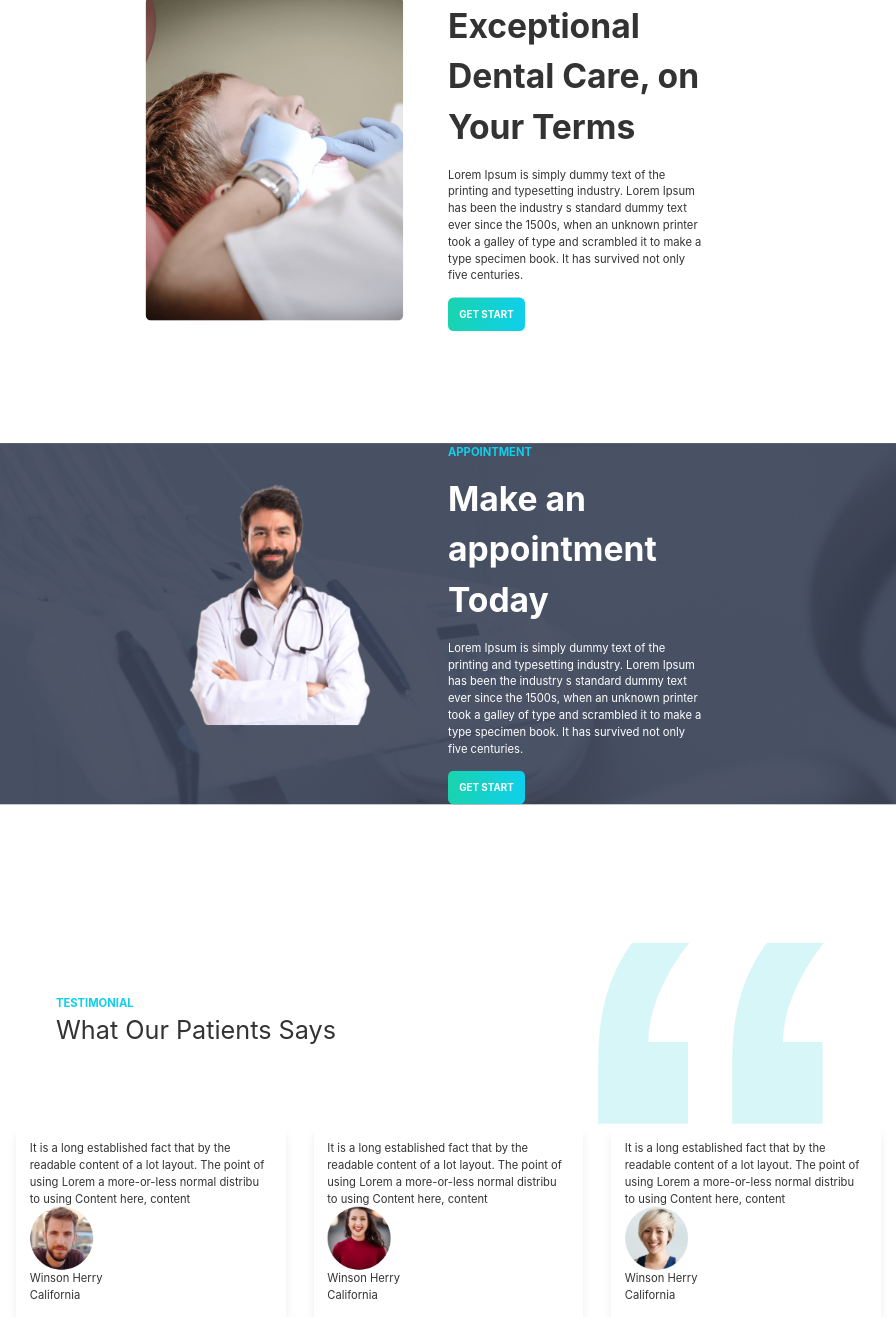
Repository: shikubro90/doctorsportal
Page: /
The author's editor kept a copy of each file at every save. The page is drawn from the files as they stood at one save, then again after the next save.
The browser window is 1280 px wide. The pictures show the part of the page from y = 1810 to 3730 px (the page is 3692 px tall before and 3730 px after), at 70% of full size.
The project was rebuilt for these pictures with package versions that can differ from the ones it lists, and the page was loaded fresh each time. Also part of the build but not shown: src/App.css, src/Pages/About/About.jsx.

Above is the page before, as saved 2022-10-02 10:09:05.

### src/App.js
import { Route, Routes } from 'react-router-dom';
import './App.css';
import About from './Pages/About/About';
import Home from './Pages/Home/Home';
import Navbar from './Shared/Navbar';

function App() {
  return (
    <div className="App">
      <Navbar/>
      <Routes>
        <Route path='/' element={<Home/>}/>
        <Route path='/home' element={<Home/>}/>
        <Route path='/about' element={<About/>}/>
      </Routes>
    </div>
  );
}

export default App;

### src/Pages/Home/Home.jsx
import React from 'react'
import AppointmentSection from './AppointmentSection'
import Banner from './Banner'
import BasicInfo from './BasicInfo'
import ServiceSection from './ServiceSection'
import TestimonialSection from './TestimonialSection'

const Home = () => {
  return (
    <div>
      <Banner />
      <BasicInfo/>
      <ServiceSection/>
      <AppointmentSection/>
      <TestimonialSection/>
    </div>
  )
}

export default Home

### src/Shared/Navbar.jsx
import React from 'react'
import { Link } from 'react-router-dom'

const Navbar = () => {
  return (
    <div className="px-20">
      <div className="navbar bg-base-100">
        <div className="navbar-start">
          <div className="dropdown">
            <label tabIndex={0} className="btn btn-ghost lg:hidden">
              <svg
                xmlns="http://www.w3.org/2000/svg"
                className="h-5 w-5"
                fill="none"
                viewBox="0 0 24 24"
                stroke="currentColor"
              >
                <path
                  strokeLinecap="round"
                  strokeLinejoin="round"
                  strokeWidth="2"
                  d="M4 6h16M4 12h8m-8 6h16"
                />
              </svg>
            </label>
            <ul
              tabIndex={0}
              className="menu menu-compact dropdown-content mt-3 p-2 shadow bg-base-100 rounded-box w-52"
            >
              <li>
                <Link to="/home">Home</Link>
              </li>
              <li>
                <Link to="/about">About</Link>
              </li>
              <li>
                <Link to="/appointment">Appointment</Link>
              </li>
              <li>
                <Link to="/review">Reviews</Link>
              </li>
              <li>
                <Link to="/contact">Contact Us</Link>
              </li>
              <li>
                <Link to="/contact">Login</Link>
              </li>
            </ul>
          </div>
          <Link to="/" className='btn btn-ghost normal-case text-xl'>Doctors Portal</Link>
        </div>

        <div className="navbar-center hidden lg:flex">

          <ul className="menu menu-horizontal p-0 pl-20">
            <li>
              <Link to="/home">Home</Link>
            </li>
            <li>
              <Link to="/about">About</Link>
            </li>
            <li>
              <Link to="/appointment">Appointment</Link>
            </li>
            <li>
              <Link to="/review">Reviews</Link>
            </li>
            <li>
              <Link to="/contact">Contact Us</Link>
            </li>
            <li>
              <Link to="/contact">Login</Link>
            </li>
          </ul>

        </div>

      </div>

    </div>
  )
}

export default Navbar

### src/Pages/Home/AppointmentSection.jsx
import React from 'react'
import AppointmentCard from './AppointmentCard'

import { appointment } from '../../assets/resourse/Resourse.js'

const AppointmentSection = () => {
  return (
    <div>
      {appointment.map(
        ({ id, image, title, desc, style, button_text, shortTitle }) => {
          return (
            <AppointmentCard
              key={id}
              image={image}
              title={title}
              desc={desc}
              style={style}
              button_text={button_text}
              shortTitle={shortTitle}
            />
          )
        },
      )}
    </div>
  )
}

export default AppointmentSection

### src/Pages/Home/Banner.jsx
import React from 'react'
import heroImage from '../../assets/images/chair.png'
import ButtonPrimary from '../../Shared/ButtonPrimary'
import bg from '../../assets/images/bg.png'

function Banner() {
  return (
    <div>
      <div
        className="hero min-h-screen"
        style={{ background: `url(${bg})`, backgroundSize: 'cover' }}
      >
        <div className="hero-content flex flex-col lg:flex-row-reverse">
          <img
            src={heroImage}
            className="max-w-lg rounded-lg shadow-2xl"
            alt="bannerImage"
          />
          <div className="px-6">
            <h1 className="text-5xl font-bold uppercase">
              Your New Smile Starts Here
            </h1>
            <p className="py-6 ">
              Provident cupiditate voluptatem et in. Quaerat fugiat ut assumenda
              excepturi exercitationem quasi. In deleniti eaque aut repudiandae
              et a id nisi.
            </p>
            <ButtonPrimary>{'Get Started'}</ButtonPrimary>
          </div>
        </div>
      </div>
    </div>
  )
}

export default Banner

### src/Pages/Home/BasicInfo.jsx
import MiniCard from './MiniCard'
import { miniCard } from '../../assets/resourse/Resourse.js'

const BasicInfo = () => {
  return (
    <div className="flex items-center justify-center gap-5 px-5">
      {miniCard.map(({ id, icon, title, style, disc }) => {
        return (
          <MiniCard
            key={id}
            icon={icon}
            title={title}
            style={style}
            disc={disc}
          />
        )
      })}
    </div>
  )
}

export default BasicInfo

### src/Pages/Home/ServiceSection.jsx
import MiniServiceCard from './MiniServiceCard'
import { serviceMiniCard } from '../../assets/resourse/Resourse'

const ServiceSection = () => {
  return (
    <div className="serviceWrapp pt-40">
      <div className="flex items-center justify-center flex-col">
        <p className="text-primary font-bold uppercase">Our Service</p>
        <h2 className="text-3xl my-5">Service We Provide</h2>
      </div>
      <div className="flex items-center justify-center px-5 gap-5">
        {serviceMiniCard.map(({ id, icon, title, disc, style }) => {
          return (
            <MiniServiceCard
              key={id}
              icon={icon}
              title={title}
              disc={disc}
              style={style}
            />
          )
        })}
      </div>
    </div>
  )
}

export default ServiceSection

### src/Pages/Home/TestimonialSection.jsx
import React from 'react'
import TestimonialCard from './TestimonialCard'
import quote from '../../assets/icons/quote.svg'
import { testimonial } from '../../assets/resourse/Resourse.js'

const TestimonialSection = () => {
  return (
    <div className="testimonial">
      <div className="testimonialWrap">
        <div className="content">
          <div className="header flex items-center justify-between px-20">
            <div className="header_left">
              <div className="shortTitle uppercase text-primary font-bold">
                Testimonial
              </div>
              <div className="text-[36px]">What Our Patients Says</div>
            </div>
            <div className="header_right">
              <img src={quote} alt="quote" />
            </div>
          </div>
          <div className="body flex items-center justify-center gap-10">
            {testimonial.map(({ id, title, image, name, country, desc }) => {
              return (
                <TestimonialCard
                  key={id}
                  title={title}
                  image={image}
                  name={name}
                  country={country}
                  desc={desc}
                />
              )
            })}
          </div>
        </div>
      </div>
    </div>
  )
}

export default TestimonialSection

### src/Pages/Home/AppointmentCard.jsx
import ButtonPrimary from '../../Shared/ButtonPrimary'


const AppointmentCard = (props) => {

  const { image, title, desc, style, button_text, shortTitle } = props

  return (
    <section className={`my-[160px]`} style={{background: `url(${style})`}}>
      <div className={`wrapper flex items-center px-52 ${style}`}>
        <div className="image flex-1">
          <img className={`rounded-lg ${style && "mt-[-60px]"}`} src={image} alt="bannerImage" />
        </div>
        <div className="details flex-1 flex justify-center flex-col px-16 gap-5">
          <div className="shortTitle uppercase text-primary font-bold">{shortTitle}</div>
          <div className={`title font-bold text-[48px] ${style && "text-white"}`}>{title}</div>
          <div className={`desc ${style && "text-white"}`}>{desc}</div>
          <ButtonPrimary>{button_text}</ButtonPrimary>
        </div>
      </div>
    </section>
  )
}

export default AppointmentCard

### src/assets/resourse/Resourse.js
import clock from '../icons/clock.svg'
import marker from '../icons/marker.svg'
import phone from '../icons/phone.svg'

import cavity from '../images/cavity.png'
import fluorid from '../images/fluoride.png'
import whitening from '../images/whitening.png'

import doctor from '../images/doctor-small.png'
import treatment from '../images/treatment.png'

import bgImage from '../images/appointment.png'


import people1 from '../images/people1.png'
import people2 from '../images/people2.png'
import people3 from '../images/people3.png'

export const miniCard = [
  {
    id: 0,
    icon: clock,
    title: 'Opening Hours',
    disc: 'Lorem Ipsum is simply dummy text of the pri',
    style: 'bg-gradient-to-r from-secondary to-primary text-white',
  },

  {
    id: 1,
    icon: marker,
    title: 'Visit our location',
    disc: 'Lorem Ipsum is simply dummy text of the pri',
    style: 'bg-[#3A4256] text-white',
  },

  {
    id: 2,
    icon: phone,
    title: 'Contact us now',
    disc: 'Lorem Ipsum is simply dummy text of the pri',
    style: 'bg-gradient-to-r from-secondary to-primary text-white',
  },
]

export const serviceMiniCard = [
  {
    id: 0,
    icon: cavity,
    title: 'Fluoride Treatment',
    disc:
      'Lorem Ipsum is simply dummy printing and typesetting indust Ipsum has been the',
    style: '',
  },
  {
    id: 1,
    icon: fluorid,
    title: 'Cavity Filling',
    disc:
      'Lorem Ipsum is simply dummy printing and typesetting indust Ipsum has been the',
    style: '',
  },
  {
    id: 2,
    icon: whitening,
    title: 'Teeth Whitening',
    disc:
      'Lorem Ipsum is simply dummy printing and typesetting indust Ipsum has been the',
    style: '',
  },
]

export const appointment = [
  {
    id: 0,
    image: treatment,
    title: 'Exceptional Dental Care, on Your Terms',
    desc:
      'Lorem Ipsum is simply dummy text of the printing and typesetting industry. Lorem Ipsum has been the industry s standard dummy text ever since the 1500s, when an unknown printer took a galley of type and scrambled it to make a type specimen book. It has survived not only five centuries.',
    button_text: 'Get Start',
    style: '',
  },
  {
    id: 1,
    image: doctor,
    shortTitle: 'Appointment',
    title: 'Make an appointment Today',
    desc:
      'Lorem Ipsum is simply dummy text of the printing and typesetting industry. Lorem Ipsum has been the industry s standard dummy text ever since the 1500s, when an unknown printer took a galley of type and scrambled it to make a type specimen book. It has survived not only five centuries.',
    button_text: 'Get Start',
    style: bgImage,
  },
]

export const testimonial = [
    {
        id : 0,
        desc : "It is a long established fact that by the readable content of a lot layout. The point of using Lorem a more-or-less normal distribu to using Content here, content",
        image : people1,
        name : "Winson Herry",
        country : "California"
    },
    {
        id : 1,
        desc : "It is a long established fact that by the readable content of a lot layout. The point of using Lorem a more-or-less normal distribu to using Content here, content",
        image : people2,
        name : "Winson Herry",
        country : "California"
    },
    {
        id : 2,
        desc : "It is a long established fact that by the readable content of a lot layout. The point of using Lorem a more-or-less normal distribu to using Content here, content",
        image : people3,
        name : "Winson Herry",
        country : "California"
    },
]

### src/Shared/ButtonPrimary.jsx
function ButtonPrimary({ children }) {

  return (
    <div>
      <button className={`btn bg-gradient-to-r from-secondary to-primary border-none font-bold text-white`}>
        {children}
      </button>
    </div>
  )
}

export default ButtonPrimary

### src/Pages/Home/MiniCard.jsx
const MiniCard = (props) => {
  const { icon, title, style, disc } = props
  return (
    <div
      className={`card card-side bg-base-100 shadow-xl flex items-center justify-center px-4 ${style}`}
    >
      <div className="">
        <img src={icon} alt="icon" />
      </div>
      <div className="card-body">
        <h2 className="card-title">{title}</h2>
        <p>{disc}</p>
      </div>
    </div>
  )
}

export default MiniCard

### src/Pages/Home/MiniServiceCard.jsx
const MiniServiceCard = (props) => {
  const { icon, title, disc } = props
  return (
    <div className="cardWrapper flex flex-col items-center justify-center p-6 py-20  gap-5 shadow-lg rounded-lg">
      <div className="icon">
        <img src={icon} alt="" />
      </div>
      <div className="title">{title}</div>
      <div className="desc text-center px-16">{disc}</div>
    </div>
  )
}

export default MiniServiceCard

### src/Pages/Home/TestimonialCard.jsx
import React from 'react'

const TestimonialCard = (props) => {
    const {desc,image, name, country} = props
  return (
    <div className='mainCard w-[385px] shadow-lg p-5'>
        <div className="CardBody flex flex-col gap-[38]">
            <div className="desc">
                <p>{desc}</p>
            </div>
            <div className="bio">
                <img src={image} alt="" />
                <div className="info">
                    <h4>{name}</h4>
                    <p>{country}</p>
                </div>
            </div>
        </div>
    </div>
  )
}

export default TestimonialCard

### tailwind.config.js
/** @type {import('tailwindcss').Config} */

module.exports = {
  content: ['./src/**/*.{js,jsx,ts,tsx}'],
  theme: {},
  daisyui: {
    themes: [
      {
        doctorstheme: {
          primary: '#0FCFEC',
          secondary: '#19D3AE',
          accent: '#3A4256',
          neutral: '#3d4451',
          'base-100': '#ffffff',
        },
      },
      'light',
      'cupcake',
    ],
  },
  plugins: [require('daisyui')],
}

Loaded but not shown: public/index.html (common file); src/index.js (common file); src/index.css (common file); src/reportWebVitals.js (common file)

After the next save:
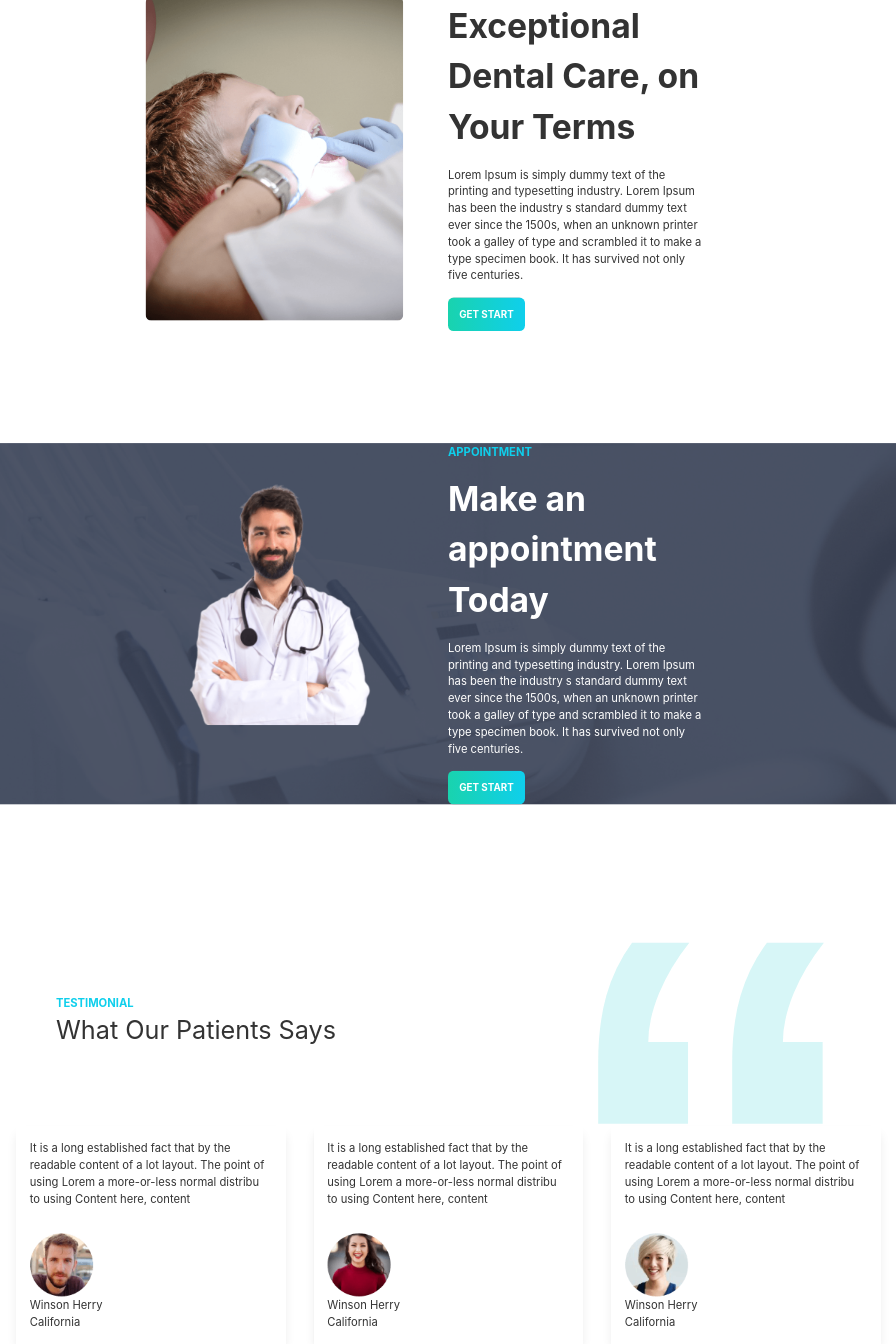
Saved 8 s later.
--- a/src/Pages/Home/TestimonialCard.jsx
+++ b/src/Pages/Home/TestimonialCard.jsx
@@ -4,7 +4,7 @@ const TestimonialCard = (props) => {
     const {desc,image, name, country} = props
   return (
     <div className='mainCard w-[385px] shadow-lg p-5'>
-        <div className="CardBody flex flex-col gap-[38]">
+        <div className="CardBody flex flex-col gap-[38px]">
             <div className="desc">
                 <p>{desc}</p>
             </div>
